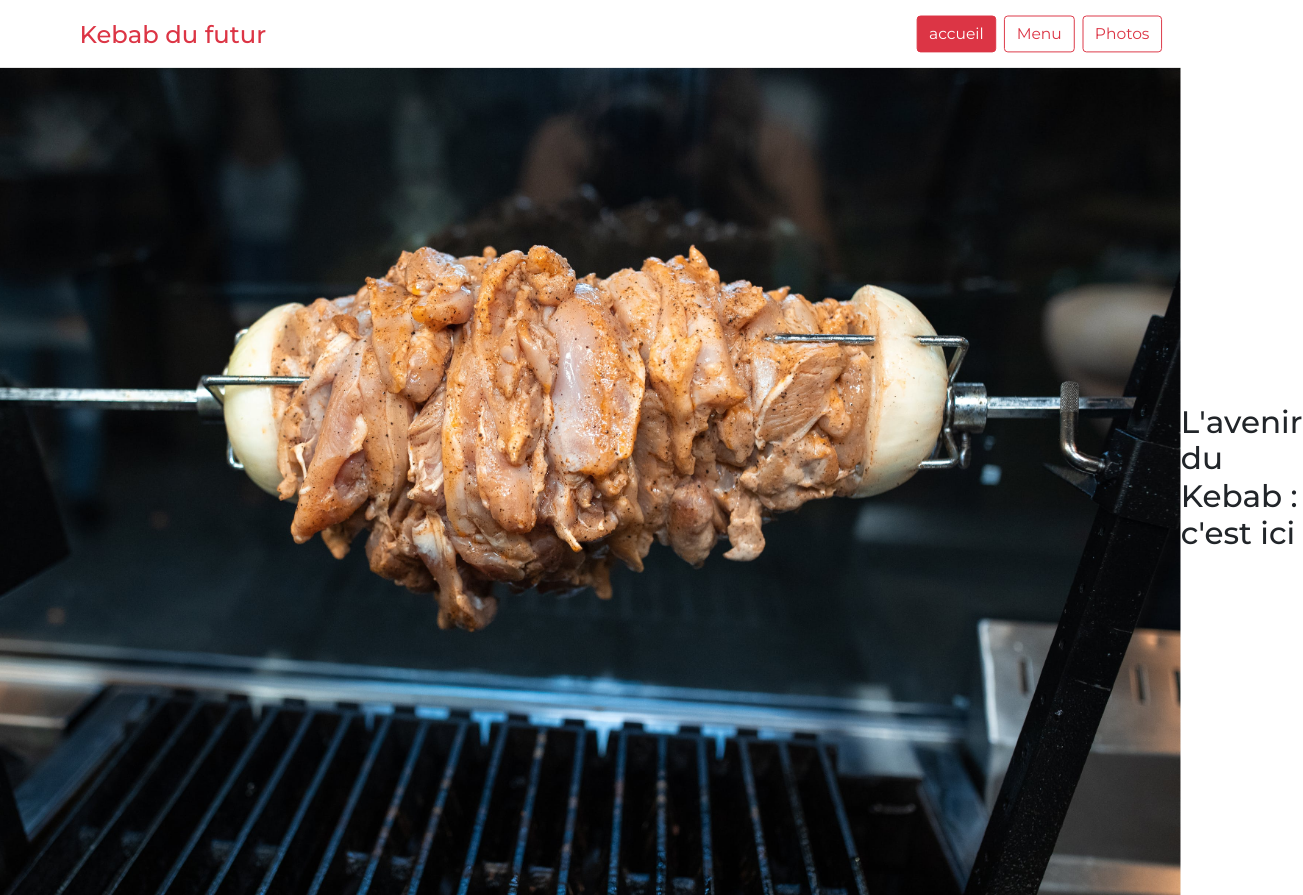
Repository: phbord/THP-js-exercices-manipulation-DOM
Page: index.html
These files come from the project's save history. The page is drawn as it stood at one moment and after a run of saves; the edit follows.
The browser window is 1280 px wide. The page is 1343 px wide, so the pictures cover 1343 px, including what lies to the right of the window. The pictures show the whole page, at 97% of full size.

Above is the page before, as saved 2021-07-19 11:12:27.

After the next 13 saves:
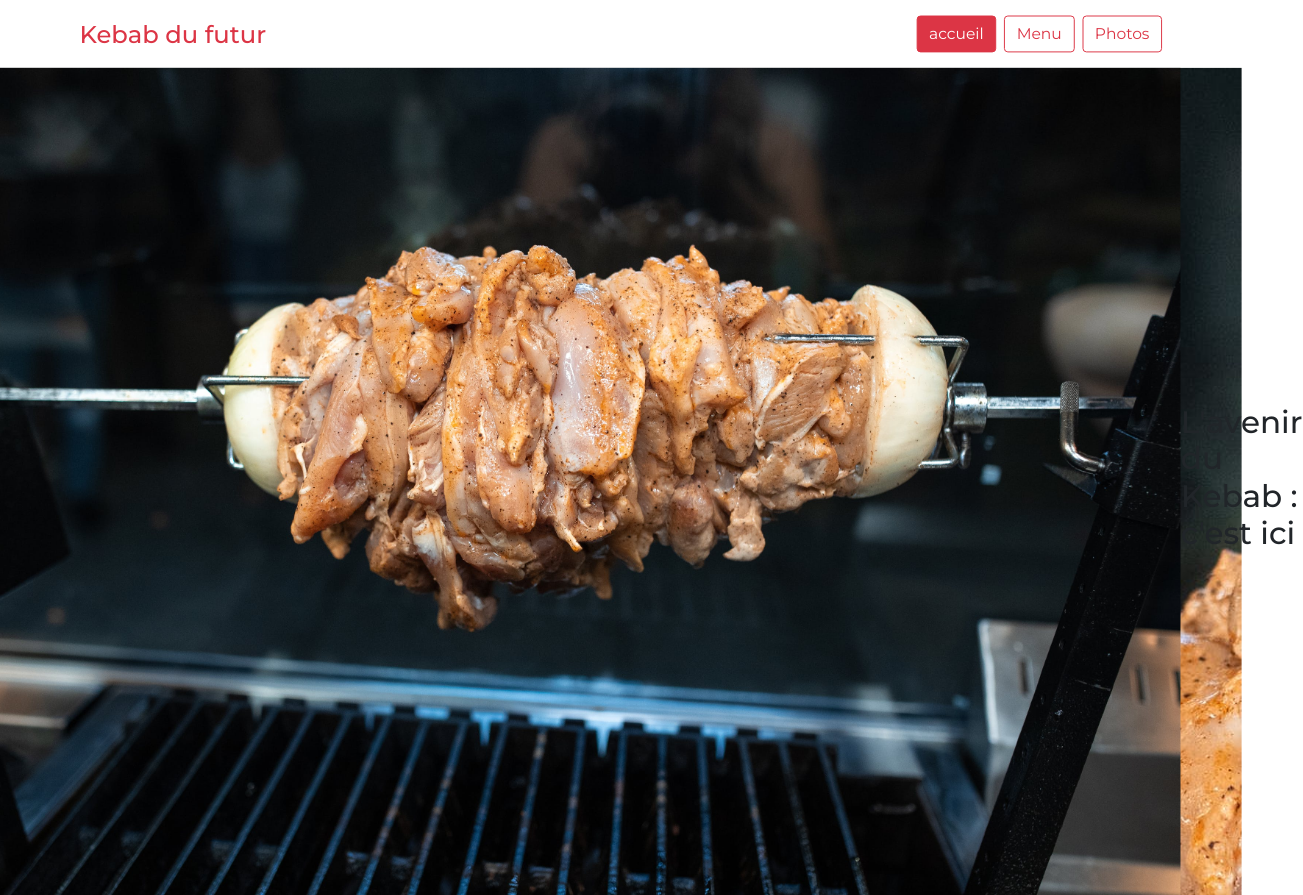
The 13 saves are shown as one change because they came seconds apart.
The last was saved 31 s later.
--- a/styles/main.css
+++ b/styles/main.css
@@ -24,5 +24,5 @@ a,button {
 }
 
 .home {
-    ba
+    background: transparent url(../images/i_home.jpeg)  no-repeat;
 }
